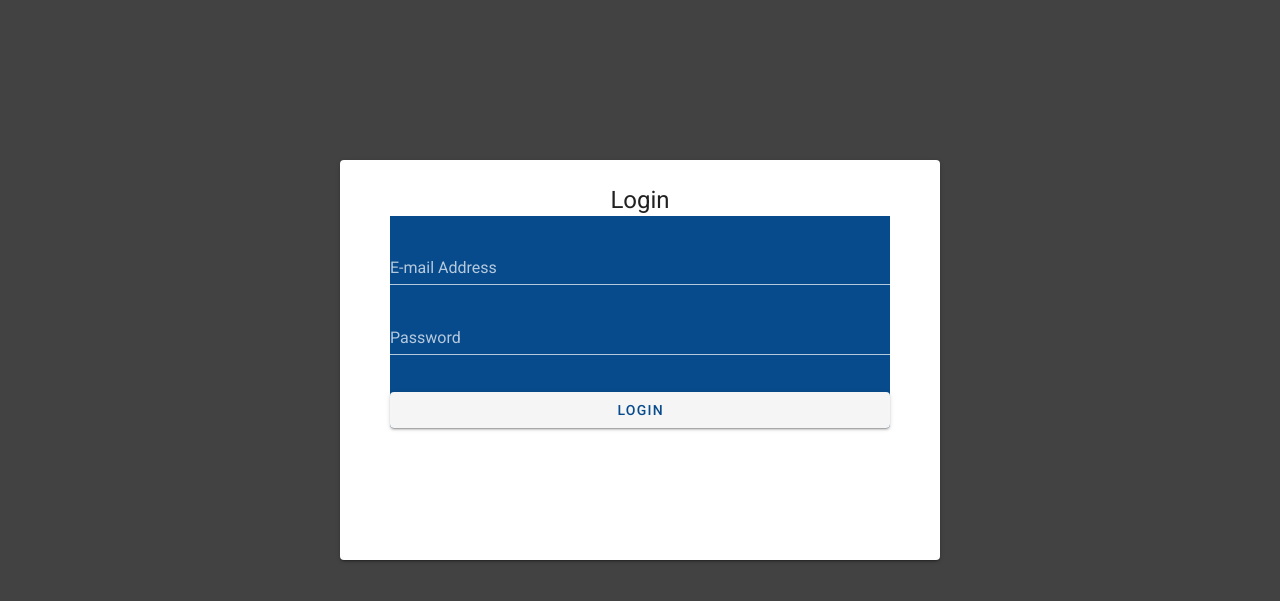
Repository: Grace229/Login
Page: /
These files come from the project's save history. The page is drawn as it stood at one moment and after the next save; the edit follows.
The browser window is 1280 px wide. The pictures show the whole page.
The project was rebuilt for these pictures with package versions that can differ from the ones it lists, and the page was loaded fresh each time. Also part of the build but not shown: vue.config.js. Imported but missing from the stored project, and not drawn on this page: src/views/About.vue.

Above is the page before, as saved 2021-02-15 16:48:24.

After the next save:
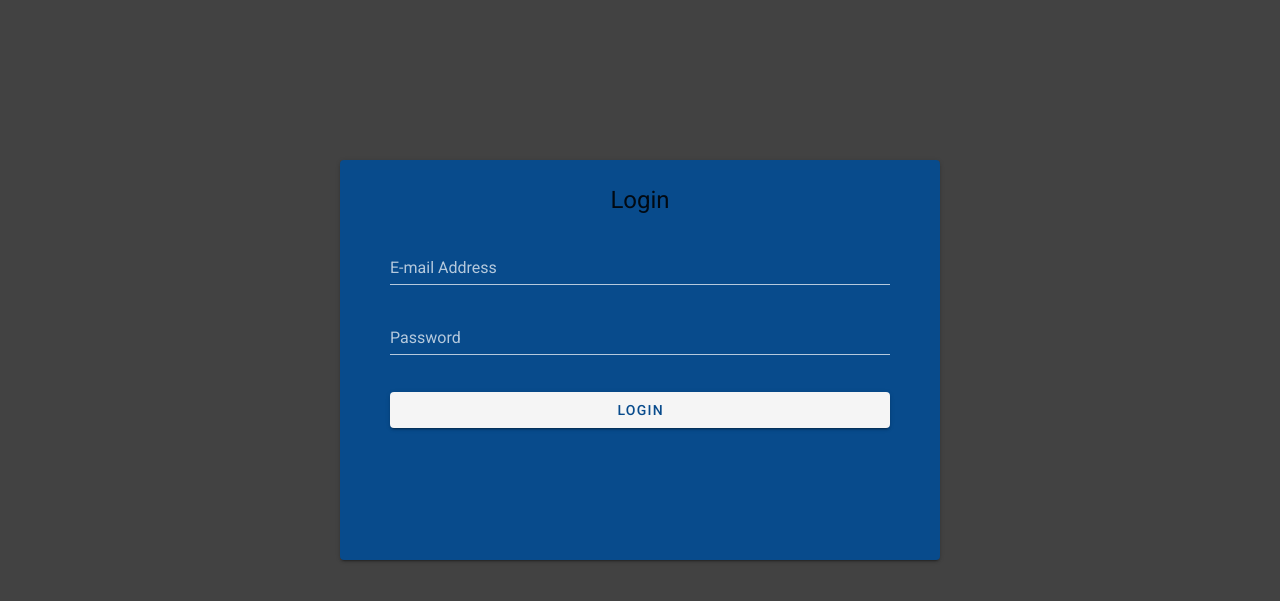
Saved 25 s later.
--- a/src/views/Home.vue
+++ b/src/views/Home.vue
@@ -4,7 +4,7 @@
     class="secondary fill-height white--text d-flex flex-column justify-center pa-4"
   >
     <v-container>
-      <v-card class="mx-auto" max-width="600" height="400">
+      <v-card class="mx-auto primary" max-width="600" height="400">
         <header>
           <div class="headline text-center pt-6">
             Login
